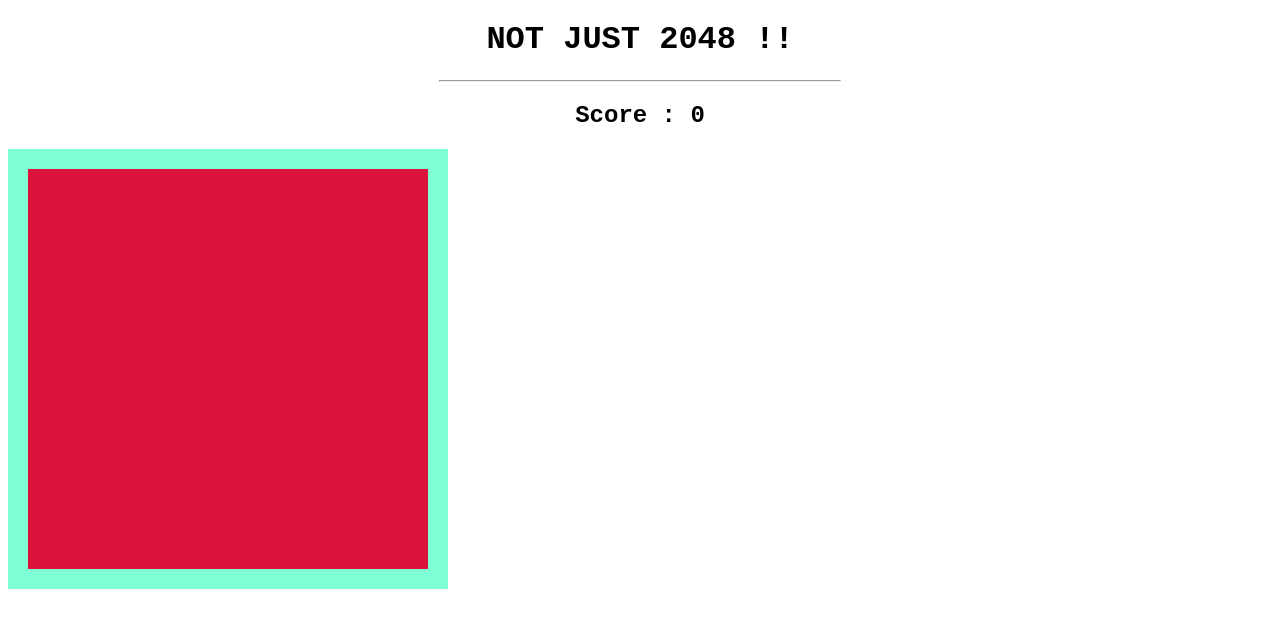
Repository: Prathamyadav1123/2048Game
Page: NotJust2048-main/2048.html
These files come from the project's save history. The page is drawn as it stood at one moment and after the next save; the edit follows.
The browser window is 1280 px wide. The pictures show the whole page.

Above is the page before, as saved 2023-05-31 19:41:32.

### NotJust2048-main/2048.html
<!DOCTYPE html>
<html>
    <head>
        <title>
            2048 game
        </title>
        <link rel= "stylesheet" href="2048.css"/>
        <script src= "2048.js"></script>
    </head>
    <body>
        <h1> NOT JUST 2048 !! </h1>
        <hr>
        <h2> Score : <span id="score"> 0 </span></h2>
        <div id="board">

        </div>
    </body>
</html>

### NotJust2048-main/2048.css
body{
    font-family: 'Courier New', Courier, monospace;
    text-align: center;
}
hr{
    width: 400px;
}
#board{
    width: 400px;
    height: 400px;
    color: burlywood;
    background-color: crimson;
    border: 20px solid aquamarine;
}

Loaded but not shown: NotJust2048-main/2048.js (no copy from this time; the picture is the same without it)

After the next save:
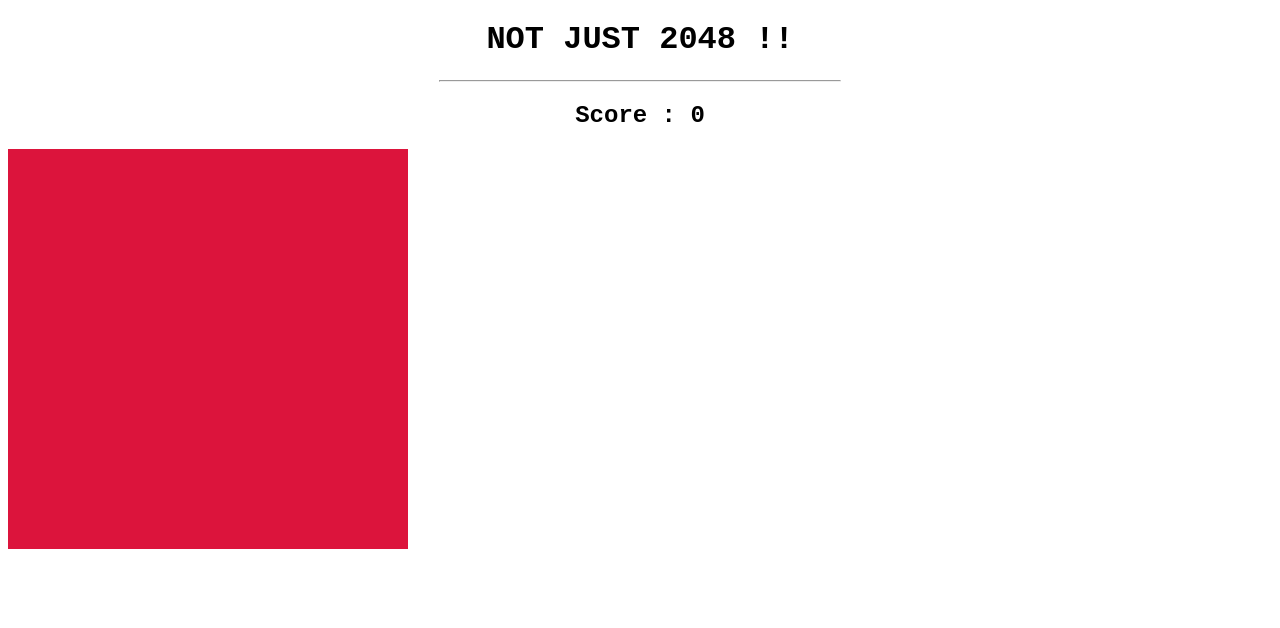
Saved 11 s later.
--- a/NotJust2048-main/2048.css
+++ b/NotJust2048-main/2048.css
@@ -10,5 +10,5 @@
     height: 400px;
     color: burlywood;
     background-color: crimson;
-    border: 20px solid aquamarine;
+    border: 20px solid aquama;
 }

After the save that followed:
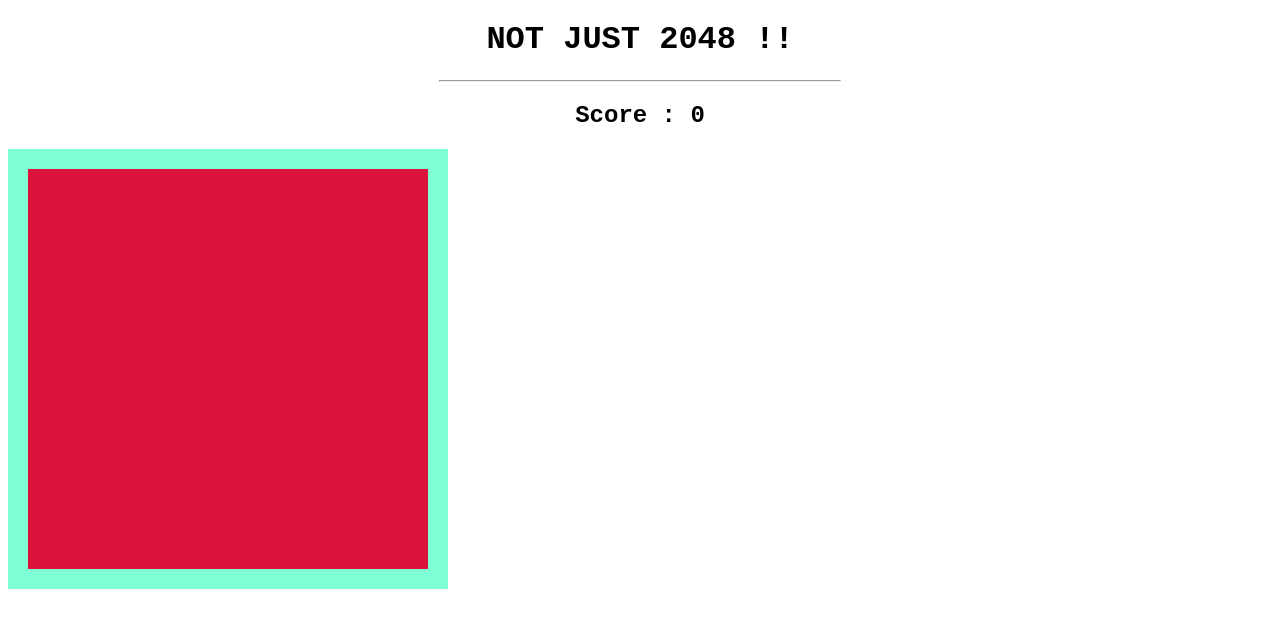
Saved 5 s later.
--- a/NotJust2048-main/2048.css
+++ b/NotJust2048-main/2048.css
@@ -10,5 +10,5 @@
     height: 400px;
     color: burlywood;
     background-color: crimson;
-    border: 20px solid aquama;
+    border: 20px solid aquamarine;
 }
